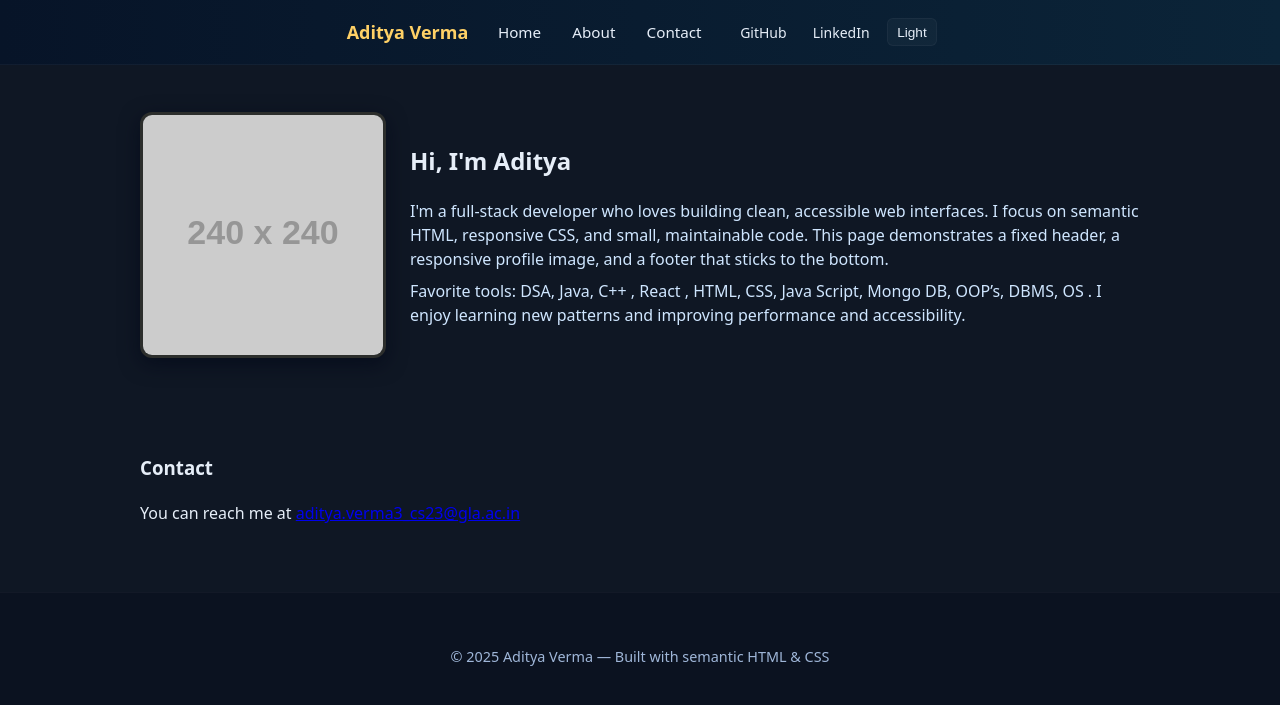
Repository: AdityaTech-Pro/FullStackWithBridgelabz
Page: Assignment5/Ques1/index.html
An editor plug-in stored every save of this project. The page is shown before and after a run of saves, followed by the edit.
The browser window is 1280 px wide. The pictures show the whole page.

Above is the page before, as saved 2025-11-04 09:12:33.

### Assignment5/Ques1/index.html
<!doctype html>
<html lang="en">

<head>
    <meta charset="utf-8" />
    <meta name="viewport" content="width=device-width, initial-scale=1" />
    <title>Aditya Verma — Portfolio</title>
    <link rel="stylesheet" href="styles.css" />
</head>

<body>
    <header class="site-header">
        <div class="container header-inner">
            <h1 class="site-title">Aditya Verma</h1>
            <nav class="site-nav" aria-label="Primary">
                <ul>
                    <li><a href="#home">Home</a></li>
                    <li><a href="#about">About</a></li>
                    <li><a href="#contact">Contact</a></li>
                </ul>
            </nav>

            <!-- Header actions: social links and theme toggle -->
            <div class="header-actions">
                <a class="social-link" href="https://github.com/AdityaTech-Pro" target="_blank" rel="noopener noreferrer" aria-label="GitHub">
                    GitHub
                </a>
                <a class="social-link" href="https://www.linkedin.com/in/aditya-verma-2a3915289/" target="_blank" rel="noopener noreferrer" aria-label="LinkedIn">
                    LinkedIn
                </a>

                <!-- Theme toggle: toggles light/dark theme and persists choice -->
                <button id="theme-toggle" class="theme-toggle" aria-pressed="false" title="Toggle light/dark theme">
                    <!-- Sun icon: shown when the page is in dark mode (action = switch to light) -->
                    <svg class="icon icon-sun" xmlns="http://www.w3.org/2000/svg" viewBox="0 0 24 24" aria-hidden="true" focusable="false">
                        <circle cx="12" cy="12" r="4" fill="currentColor" />
                        <g stroke="currentColor" stroke-width="2" stroke-linecap="round">
                            <line x1="12" y1="1" x2="12" y2="3" />
                            <line x1="12" y1="21" x2="12" y2="23" />
                            <line x1="4.22" y1="4.22" x2="5.64" y2="5.64" />
                            <line x1="18.36" y1="18.36" x2="19.78" y2="19.78" />
                            <line x1="1" y1="12" x2="3" y2="12" />
                            <line x1="21" y1="12" x2="23" y2="12" />
                            <line x1="4.22" y1="19.78" x2="5.64" y2="18.36" />
                            <line x1="18.36" y1="5.64" x2="19.78" y2="4.22" />
                        </g>
                    </svg>

                    <!-- Moon icon: shown when the page is in light mode (action = switch to dark) -->
                    <svg class="icon icon-moon" xmlns="http://www.w3.org/2000/svg" viewBox="0 0 24 24" aria-hidden="true" focusable="false">
                        <path fill="currentColor" d="M21 12.79A9 9 0 1 1 11.21 3 7 7 0 0 0 21 12.79z" />
                    </svg>

                    <span class="sr-only">Switch to Light</span>
                </button>
            </div>
        </div>
    </header>

    <main id="home" class="site-main">
        <section id="about" class="intro container">
            <img src="https://via.placeholder.com/240" alt="Profile photo of Aditya Verma" class="profile-img" />
            <div class="bio">
                <h2>Hi, I'm Aditya</h2>
                <p>
                    I'm a full-stack developer who loves building clean, accessible web interfaces. I focus on semantic HTML, responsive CSS, and small, maintainable code. This page demonstrates a fixed header, a responsive profile image, and a footer that sticks to the
                    bottom.
                </p>
                <p>
                    Favorite tools: DSA, Java, C++ , React , HTML, CSS, Java Script, Mongo DB, OOP’s, DBMS, OS . I enjoy learning new patterns and improving performance and accessibility.
                </p>
            </div>
        </section>

        <section id="contact" class="container contact">
            <h3>Contact</h3>
            <p>
                You can reach me at <a href="mailto:aditya.verma3_cs23@gla.ac.in">aditya.verma3_cs23@gla.ac.in</a>
            </p>
        </section>
    </main>

    <footer class="site-footer">
        <div class="container footer-inner">
            <p>&copy; <span id="year">2025</span> Aditya Verma — Built with semantic HTML &amp; CSS</p>
        </div>
    </footer>

    <script>
        // Theme toggle: persist choice in localStorage and update UI
        (function() {
            const btn = document.getElementById('theme-toggle');
            const body = document.body;
            const stored = localStorage.getItem('theme');

            function applyTheme(theme) {
                if (theme === 'light') {
                    body.classList.add('light-theme');
                    btn.textContent = 'Dark';
                    btn.setAttribute('aria-pressed', 'true');
                } else {
                    body.classList.remove('light-theme');
                    btn.textContent = 'Light';
                    btn.setAttribute('aria-pressed', 'false');
                }
            }

            // Initialize from storage (default: dark)
            applyTheme(stored === 'light' ? 'light' : 'dark');

            btn.addEventListener('click', function() {
                const isLight = body.classList.toggle('light-theme');
                localStorage.setItem('theme', isLight ? 'light' : 'dark');
                applyTheme(isLight ? 'light' : 'dark');
            });
        })();
    </script>
</body>

</html>

### Assignment5/Ques1/styles.css
/* Base and layout ---------------------------------------------------------- */
:root {
  --bg: #0f1724; /* deep bluish background */
  --card: #0b1220; /* slightly darker card */
  --accent: #ffd166; /* warm accent for highlights */
  --text: #e6eef8; /* light text for high contrast */
}

/* Make body a column flex container so footer can be pushed to bottom.
   min-height uses viewport height (vh) to ensure page fills the screen. */
html, body {
  height: 100%;
}
body {
  margin: 0;
  font-family: system-ui, -apple-system, 'Segoe UI', Roboto, 'Helvetica Neue', Arial;
  background: var(--bg);
  color: var(--text);
  display: flex;
  flex-direction: column;
  min-height: 100vh; /* uses vh unit */
  line-height: 1.5;
  font-size: 16px; /* base size in px */
}

/* Utility container to center content and constrain width.
   max-width uses px; horizontal padding uses rem for scalability. */
.container {
  max-width: 1000px; /* px */
  margin: 0 auto;
  padding: 1.5rem; /* rem */
}

/* Header: fixed to top so it stays visible while scrolling.
   Use px for explicit header height and rem for inner spacing. */
.site-header {
  position: fixed; /* requirement: fixed header */
  top: 0;
  left: 0;
  right: 0;
  height: 64px; /* px */
  background: linear-gradient(90deg, #071428, #0b2438);
  border-bottom: 1px solid rgba(255,255,255,0.04);
  z-index: 50;
  display: flex;
  align-items: center;
}

.header-inner {
  display: flex;
  align-items: center;
  justify-content: space-between;
  gap: 1.25em; /* em */
}

.site-title {
  font-size: 1.125rem; /* rem (relative to base) */
  margin: 0;
  padding-left: 0.25rem;
  color: var(--accent);
}

.site-nav ul {
  list-style: none;
  display: flex;
  gap: 0.75rem; /* em */
  margin: 0;
  padding: 0;
}
.site-nav a {
  color: var(--text);
  text-decoration: none;
  padding: 0.4rem 0.6rem; /* uses rem for vertical rhythm */
  border-radius: 6px; /* px */
  font-size: 0.95rem; /* rem */
}
.site-nav a:hover,
.site-nav a:focus {
  background: rgba(255,209,102,0.08);
  color: var(--accent);
}

/* Header actions: social links and theme toggle button */
.header-actions {
  display: flex;
  align-items: center;
  gap: 0.5rem; /* em-like spacing */
}
.social-link {
  color: var(--text);
  background: transparent;
  text-decoration: none;
  padding: 0.25rem 0.5rem; /* rem */
  border-radius: 6px;
  font-size: 0.875rem; /* rem */
  border: 1px solid transparent;
}
.social-link:hover,
.social-link:focus {
  background: rgba(255,255,255,0.04);
  color: var(--accent);
  border-color: rgba(255,209,102,0.12);
}

.theme-toggle {
  background: rgba(255,255,255,0.03);
  color: var(--text);
  border: 1px solid rgba(255,255,255,0.04);
  padding: 0.35rem 0.6rem; /* rem */
  border-radius: 6px;
  cursor: pointer;
  font-size: 0.85rem; /* rem */
}
.theme-toggle:hover,
.theme-toggle:focus {
  outline: none;
  background: rgba(255,255,255,0.06);
}

/* Main: add top padding equal to header height so content isn't hidden
   behind the fixed header. We use calc with px and rem to demonstrate units. */
.site-main {
  flex: 1 0 auto;
  padding-top: calc(64px + 1rem); /* px + rem */
}

.intro {
  display: flex;
  align-items: center;
  gap: 1.5rem; /* rem */
  padding: 2rem 0; /* rem */
}

/* Profile image: use percentage for width so it scales within the intro area.
   Add rem-based border-radius for consistent rounding. */
.profile-img {
  width: 28%; /* % unit */
  max-width: 240px; /* px fallback */
  height: auto;
  border-radius: 0.75rem; /* rem */
  border: 3px solid rgba(255,209,102,0.12);
  box-shadow: 0 6px 20px rgba(2,6,23,0.6);
}

.bio h2 {
  margin-top: 0;
  font-size: 1.5rem; /* rem */
}
.bio p {
  margin: 0.5rem 0 0; /* px and rem combo implicitly */
  color: #cfe6ff;
}

.contact {
  margin-top: 3vh; /* uses vh to add vertical spacing relative to viewport */
  padding-bottom: 2rem;
}

/* Footer: use flexbox layout inside and make it visually distinct.
   The footer is kept at the bottom because body is a column flex container
   and main has flex:1 so footer naturally sits at the bottom. */
.site-footer {
  background: var(--card);
  padding: 0.9rem 0; /* rem */
  border-top: 1px solid rgba(255,255,255,0.03);
  color: #9fb6d8;
}
.footer-inner {
  display: flex;
  justify-content: center;
  align-items: center;
  font-size: 0.9rem; /* rem */
}

/* Responsive tweaks: stack image above bio on narrow screens. */
@media (max-width: 720px) {
  .intro {
    flex-direction: column;
    text-align: center;
  }
  .profile-img {
    width: 40%;
  }
  .site-nav ul {
    gap: 0.5rem;
  }
}

/* Small accessibility tweak: ensure focus outlines are visible */
a:focus {
  outline: 3px solid rgba(255,209,102,0.18);
  outline-offset: 3px;
}

/* Light theme overrides: toggled by adding .light-theme to <body> */
.light-theme {
  --bg: #f6f9fc; /* very light background */
  --card: #ffffff;
  --accent: #0b66ff; /* blue accent for links/buttons */
  --text: #0b1220; /* dark text for contrast */
}

/* Ensure header/footer contrast in light mode */
.light-theme .site-header {
  background: linear-gradient(90deg, #ffffff, #f1f6fb);
  border-bottom-color: rgba(11,18,32,0.06);
}
.light-theme .site-footer {
  background: #f8fafc;
  color: #234057;
}

After the next 2 saves:
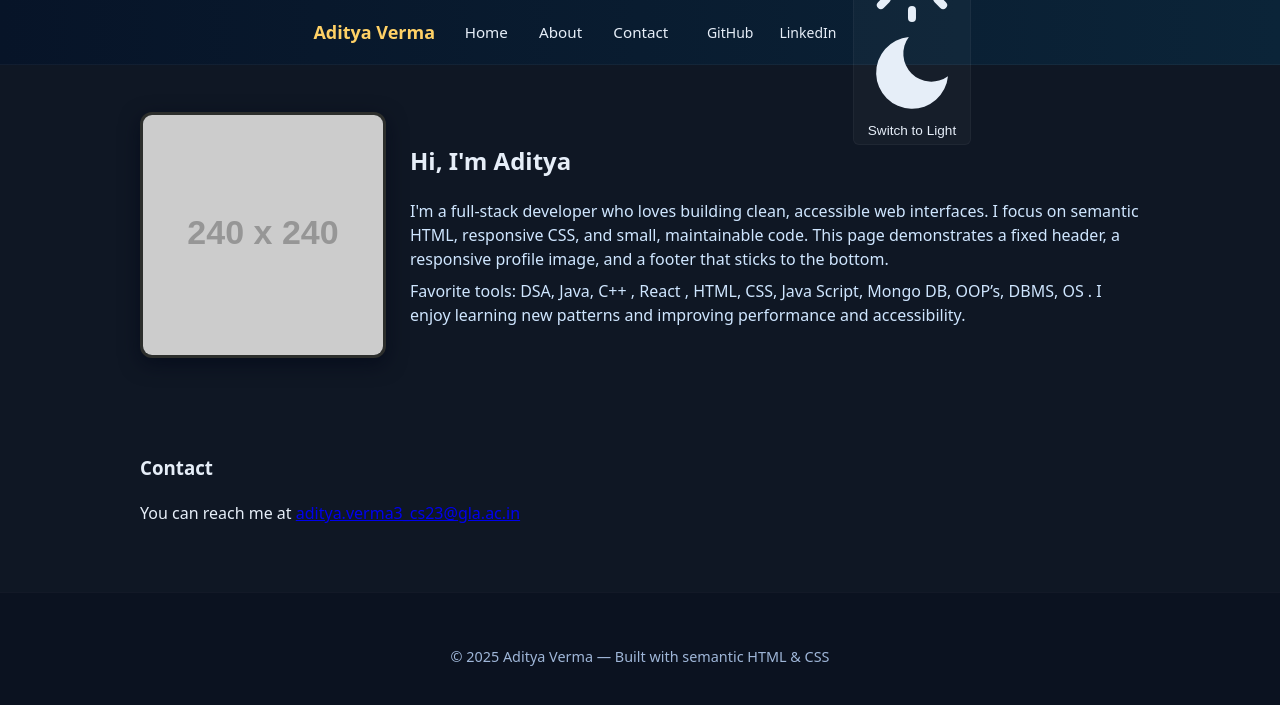
The 2 saves are shown as one change because they came seconds apart.
The last was saved 19 s later.
--- a/Assignment5/Ques1/index.html
+++ b/Assignment5/Ques1/index.html
@@ -87,20 +87,23 @@
     </footer>
 
     <script>
-        // Theme toggle: persist choice in localStorage and update UI
+        // Theme toggle: persist choice in localStorage and update UI (icons + sr-only)
         (function() {
             const btn = document.getElementById('theme-toggle');
             const body = document.body;
+            const sr = btn.querySelector('.sr-only');
             const stored = localStorage.getItem('theme');
 
             function applyTheme(theme) {
                 if (theme === 'light') {
                     body.classList.add('light-theme');
-                    btn.textContent = 'Dark';
+                    // show action to switch to dark
+                    sr.textContent = 'Switch to Dark';
                     btn.setAttribute('aria-pressed', 'true');
                 } else {
                     body.classList.remove('light-theme');
-                    btn.textContent = 'Light';
+                    // show action to switch to light
+                    sr.textContent = 'Switch to Light';
                     btn.setAttribute('aria-pressed', 'false');
                 }
             }
